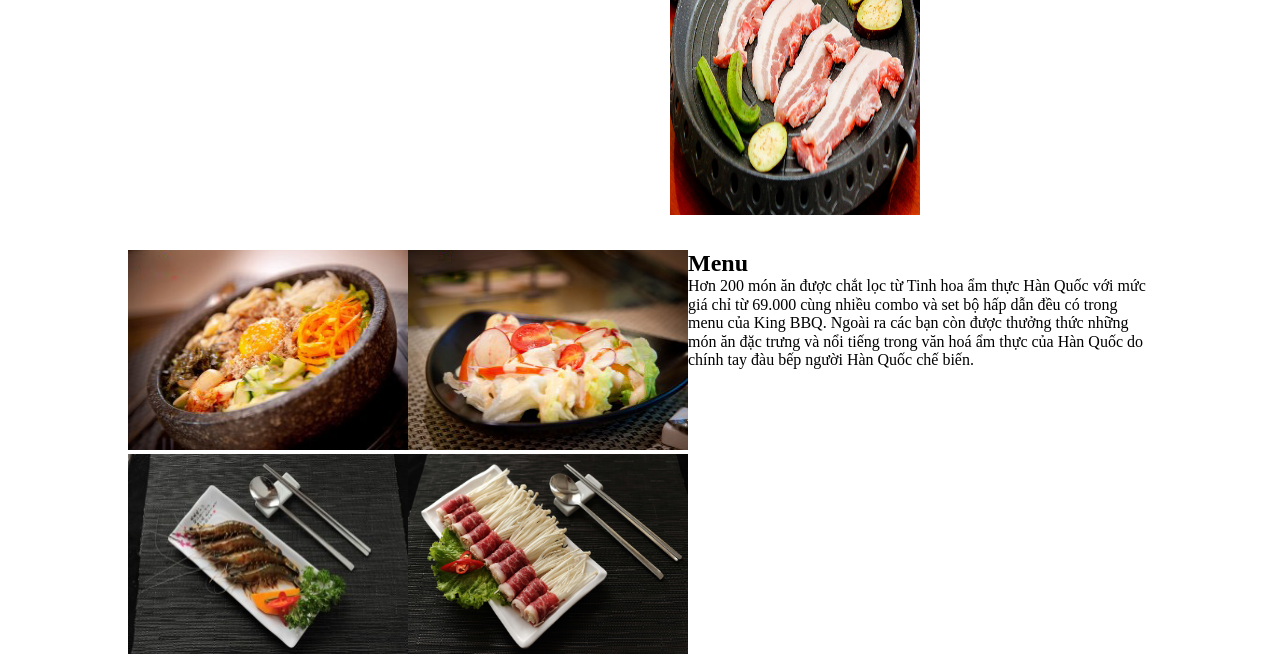
Repository: QUANGTHAI2003/sunhomesbbq
Page: index.html
These files come from the project's save history. The page is drawn as it stood at one moment and after the next save; the edit follows.
The browser window is 1280 px wide. The pictures show the part of the page from y = 1734 to 2686 px (the page is 2393 px tall before and 2793 px after).
A picture or video elsewhere on the page could not be fetched, so the positions and the page height are approximate.

Above is the page before, as saved 2022-02-10 21:00:54.

### index.html
<!DOCTYPE html>
<html lang="en">
<head>
    <meta charset="UTF-8">
    <meta http-equiv="X-UA-Compatible" content="IE=edge">
    <meta name="viewport" content="width=device-width, initial-scale=1.0">
    <link rel="stylesheet" href="https://cdnjs.cloudflare.com/ajax/libs/normalize/8.0.1/normalize.min.css">
    <link rel="stylesheet" href="style.css">
    <link rel="stylesheet" href="./assets/fonts/fontawesome-free-5.15.4-web/css/all.min.css">
    <link href="https://fonts.googleapis.com/css2?family=Roboto:wght@300;500;700&display=swap" rel="stylesheet">
    <title>Assignment</title>
</head>
<body>
    <div class="container">
            <div class="header">
                <a href="#" id="logo"><img src="img/logo-Sunhomes-BBQ.png" alt="Logo" width="350"></a>
                <ul class="nav">
                    <li><a href="TrangChu.html">Trang chủ</a></li>
                    <li><a href="#">Giới thiệu</a></li>
                    <li><a href="#">Đặt bàn</a></li>
                    <li><a href="#">Thực đơn</a></li>
                    <li><a href="#">Tuyển dụng</a></li>
                    <li><a href="#">Tin tức</a></li>
                    <li><a href="#">Liên hệ</a></li>
                    <li><a href="#">Hotline: 0774 *** ***</a></li>
                </ul>
            </div>

            <div class="content">
                <img src="./img/SLIDER2-1024x509.jpg" alt="" width="100%">
                <img src="./img/bang-gia-01-1024x165.png" alt="" width="100%">
                <div class="content-section-sunhomes">
                    <div class="section-left-sunhomes">
                        <h2 class="section-heading">SUNHOMES BBQ</h2>
                        <p class="section-content">
                            <span>Sun Homes BBQ</span> (Quán thịt nướng Hàn Quốc) sẽ đưa bạn đến Seoul, nơi những con phố bình dị, những quán ăn dân dã đã trở
                            nên quen thuộc và gắn bó với người dân xứ Hàn. Nếu đã một lần thưởng thức thịt nướng tại <span>Sun Homes BBQ</span>, bạn sẽ không thể
                            quên được hương vị “ngất ngây” của những món sườn non bò Mỹ, nạc vai bò Mỹ, dẻ sườn tươi…. khi hòa quyện vào với các
                            loại gia vị đặc trưng của xứ sở Kimchi đã trở nên hấp dẫn đến thế nào.
                            <br> <br>
                            Bí quyết của <span>Sun Homes BBQ</span> nằm ở nước sốt tẩm ướp thịt được chế biến từ nguyên liệu hoàn toàn tự nhiên, theo công thức
                            bí truyền, do Bếp Trưởng <span>Park Sung Min</span> hơn 40 năm kinh nghiệm nghiên cứu và chế biến. <span>Sun Homes BBQ</span> có 2 dạng thực đơn
                            để Quý Khách lựa chọn là: <span>Chọn Combo</span> và <span>Gọi Món.</span>
                        </p>
                    </div>
                    <div class="section-images-sunhomes">
                        <img src="./img/sunhomes-bbq-img1.jpg" alt="">
                        <img src="./img/sunhomes-bbq-img2.jpg" alt="">
                    </div>
                </div>
                <div class="content-section-menu">
                    <div class="section-images-menu">
                        <div class="section-images-1">
                            <img src="./img/img-menu1.jpg" alt="">
                            <img src="./img/img-menu2.jpg" alt="">
                        </div>
                        <div class="section-images-2">
                            <img src="./img/img-menu3.jpg" alt="">
                            <img src="./img/img-menu4.jpg" alt="">
                        </div>
                    </div>
                    <div class="section-right">
                        <h2 class="section-heading">Menu</h2>
                        <p class="section-content">
                            Hơn 200 món ăn được chắt lọc từ Tinh hoa ẩm thực Hàn Quốc với mức giá chỉ từ 69.000 cùng nhiều combo và set bộ hấp dẫn
                            đều có trong menu của King BBQ. Ngoài ra các bạn còn được thưởng thức những món ăn đặc trưng và nổi tiếng trong văn hoá
                            ẩm thực của Hàn Quốc do chính tay đàu bếp người Hàn Quốc chế biến.
                        </p>
                    </div>
                </div>
            </div>

            <div class="footer">

            </div>
    </div>
</body>
</html>

### style.css
* {
    margin: 0;
    padding: 0;
    box-sizing: border-box;
}
.header {
    height: 100px;
    background-color: #000;
    position: fixed;
    top: 0;
    right: 0;
    left: 0;
}

.header img {
    padding: 8px;
}
/* Navigation bar */
.nav {
    max-width: 90%;
    display: flex;
}

#logo {
    float: left;
    padding: 0 100px;
}
.nav li {
    list-style: none;
    line-height: 100px;
    font-weight: 500;
}

.nav li a {
    color: #c6c6c6;
    padding: 6px 15px;
    text-decoration: none;
}

.nav li:hover a {
    color: #f3e385;
    font-weight: bold;
}

.nav li:last-child a {
    border: 1px solid #c6c6c6;
    border-radius: 5px;
    text-transform: none;
}

.nav li:last-child a:hover {
    background-color: #f3e385;
    color: #000;
}
/* Content */
.content {
    height: 1000px;
}

.content-section-sunhomes {
    display: flex;
    max-width: 80%;
    background-size: cover;
    background-position: 50% 50%;
    margin: 0 auto;
}

.section-left-sunhomes {
    flex: 1;
    padding: 0 15px 30px;
}

.section-left-sunhomes .section-heading {
    font-size: 50px;
    margin: 0 0 15px;
    font-family: Berkshire Swash;
}

.section-left-sunhomes .section-content {
    font-size: 16px;
    margin: 0 0 20px;
    line-height: 1.4;
    color: #777777;
}

.section-left-sunhomes .section-content span {
    font-weight: 700;
}
.section-images-sunhomes {
    flex: 1;
}

.section-images-sunhomes img {
    width: 280px;
    height: 400px;
    flex-basis: 25%;
    padding: 0 15px 30px;
}

.content-section-menu {
    display: flex;
    max-width: 80%;
    background-size: cover;
    background-position: 50% 50%;
    margin: 0 auto;
}
.section-images-menu {
    display: flex;
}

.section-images-menu img {
    width: 280px;
    height: 200px;
}

After the next save:
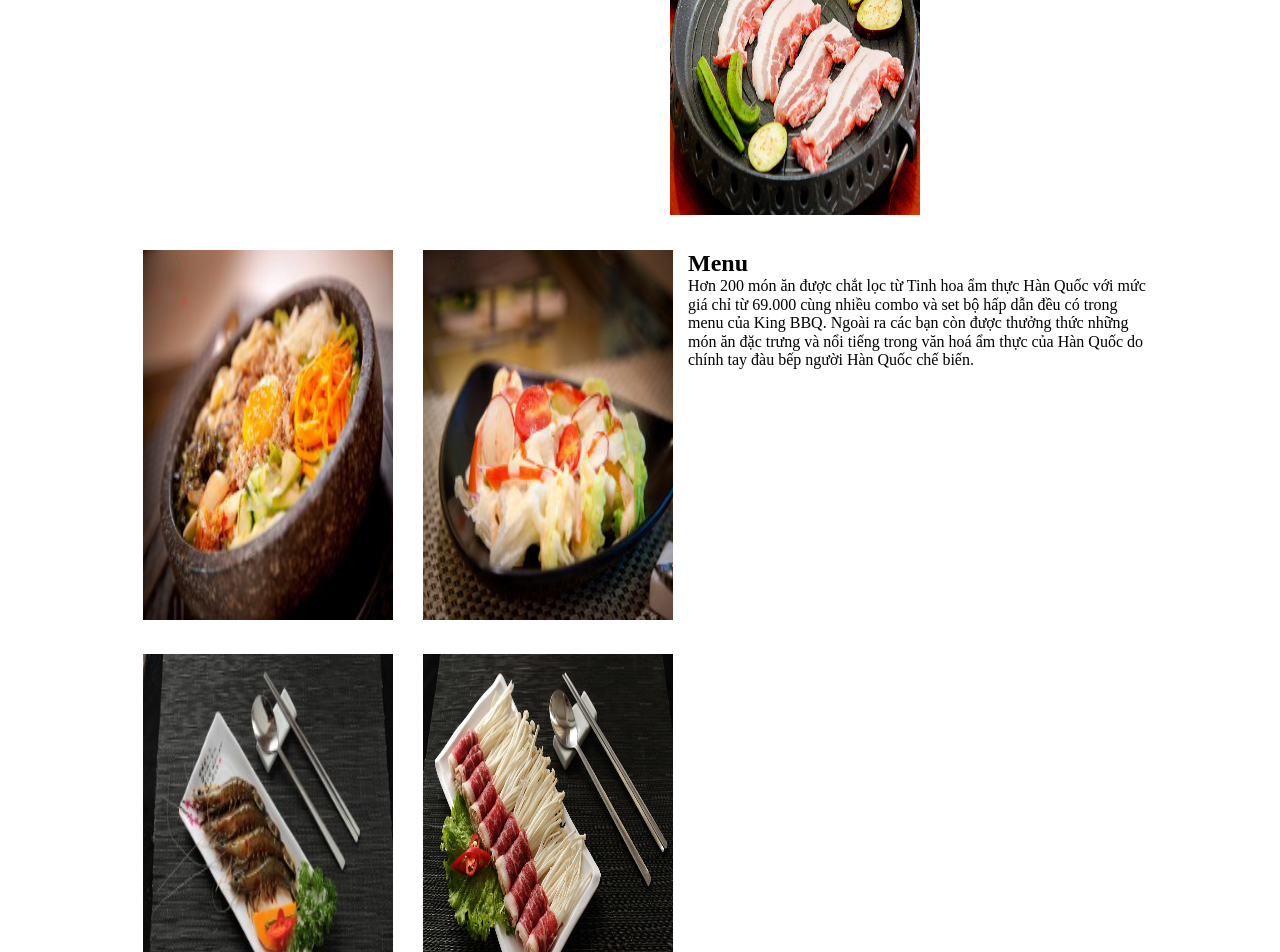
Saved 83 s later.
--- a/style.css
+++ b/style.css
@@ -108,7 +108,34 @@
     display: flex;
 }
 
+.section-left-menu {
+    flex: 1;
+    padding: 0 15px 30px;
+}
+
+.section-left-menu .section-heading {
+    font-size: 50px;
+    margin: 0 0 15px;
+    font-family: Berkshire Swash;
+}
+
+.section-left-menu .section-content {
+    font-size: 16px;
+    margin: 0 0 20px;
+    line-height: 1.4;
+    color: #777777;
+}
+
+.section-left-menu .section-content span {
+    font-weight: 700;
+}
+.section-images-menu {
+    flex: 1;
+}
+
 .section-images-menu img {
     width: 280px;
-    height: 200px;
+    height: 400px;
+    flex-basis: 25%;
+    padding: 0 15px 30px;
 }
